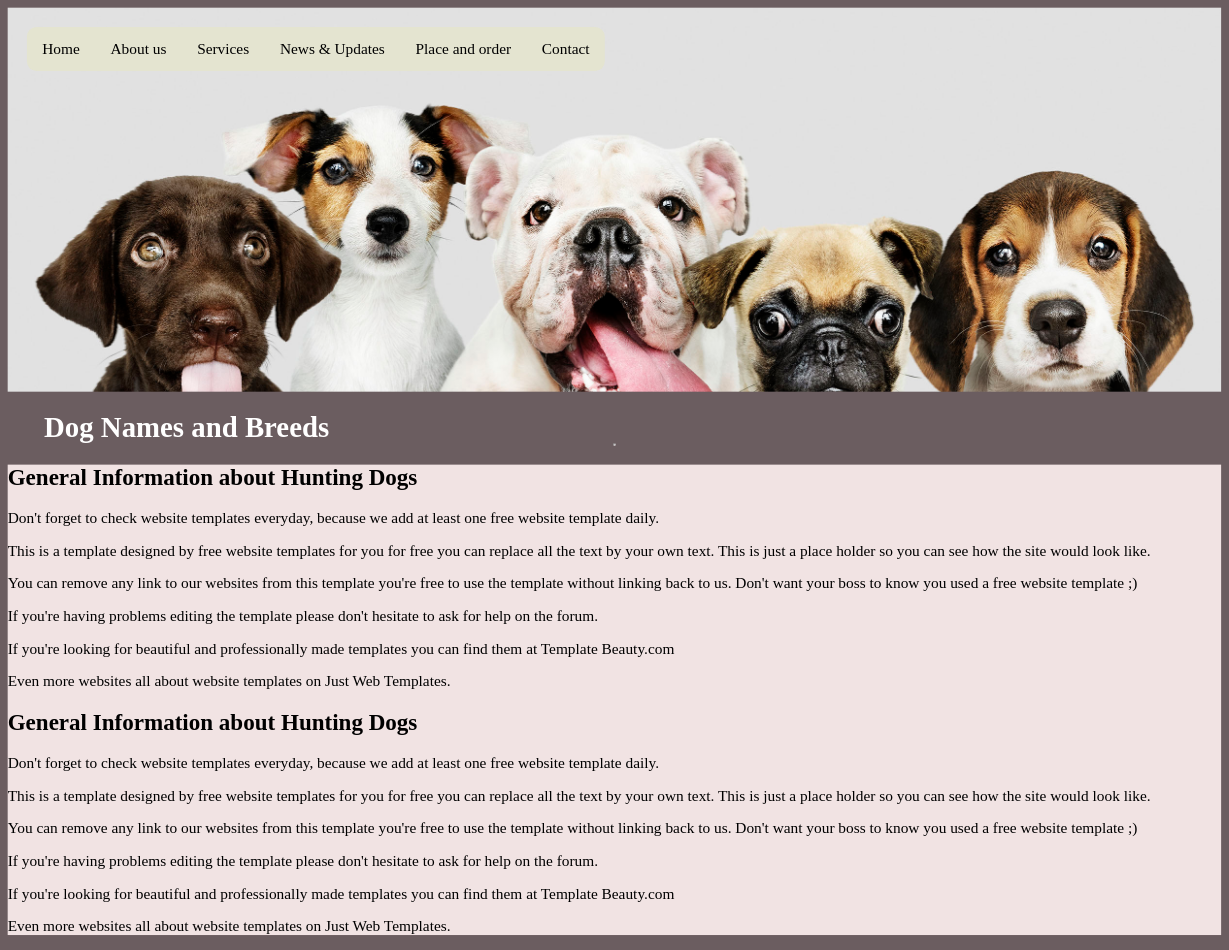
Repository: Tayma-Kazmouz/labwork
Page: index.html
These files come from the project's save history. The page is drawn as it stood at one moment and after the next save; the edit follows.
The browser window is 1280 px wide. The pictures show the whole page, at 96% of full size.

Above is the page before, as saved 2022-04-04 16:45:31.

After the next save:
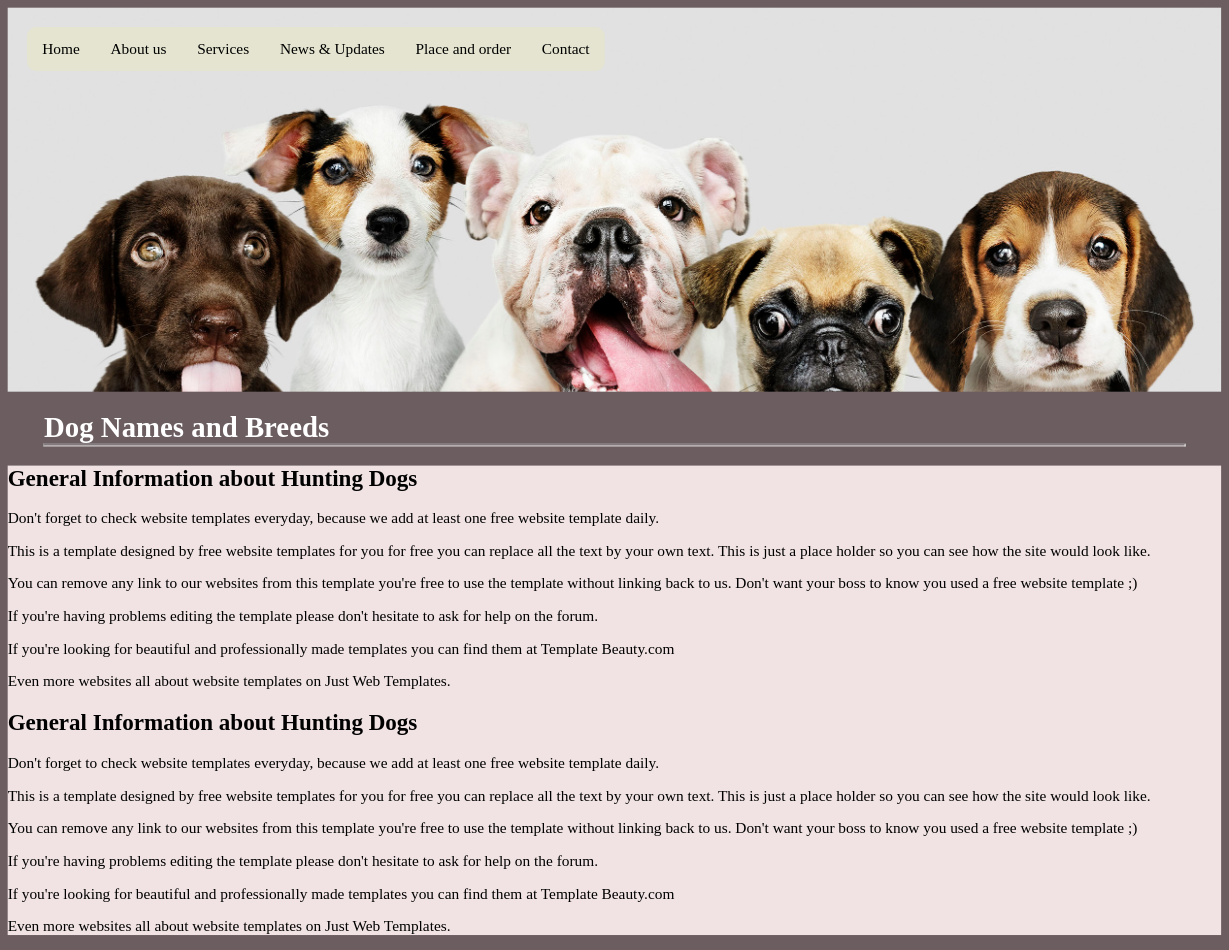
Saved 42 s later.
--- a/index.html
+++ b/index.html
@@ -21,7 +21,7 @@
         </div>
       </div>
       <h1>Dog Names and Breeds</h1>
-      <hr style="margin-top: 0px; width: 94%; width: 0.5px;">
+      <hr style="margin-top: 0px; width: 94%; height: 0.5px;">
       <div class="container-one">
 
           <h2>General Information about Hunting Dogs</h2>
